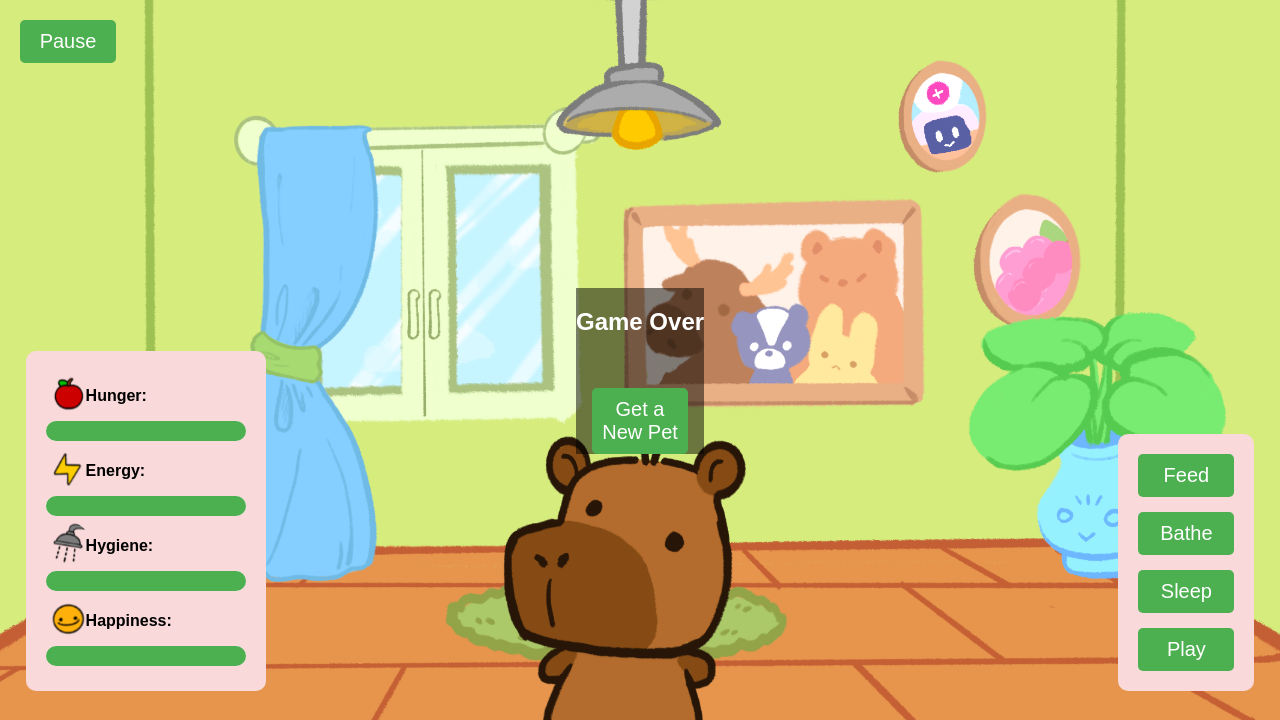
Repository: sarahjx/CapyCare
Page: html/index.html
These files come from the project's save history. The page is drawn as it stood at one moment and after a run of saves; the edit follows.
The browser window is 1280 px wide. The pictures show the whole page.
Some web fonts or font styles are not loaded; a fallback is used.

Above is the page before, as saved 2025-05-01 14:48:51.
Console error: TypeError: Cannot set properties of null (setting 'innerText')

### html/index.html
<!-- @format -->

<!DOCTYPE html>
<html lang="en">
  <head>
    <meta charset="UTF-8" />
    <meta name="viewport" content="width=device-width, initial-scale=1.0" />
    <title>Virtual Pet Game</title>
    <link rel="preconnect" href="https://fonts.googleapis.com">
    <link rel="preconnect" href="https://fonts.gstatic.com" crossorigin>
    <link href="https://fonts.googleapis.com/css2?family=McLaren&display=swap" rel="stylesheet">
    <link rel="stylesheet" href="../css/statusbar.css" />
  </head>
  <body>

    <div class="pet-container">
      <img class="pet-image" src="../images/capybara.png" alt="capybara" />
    </div>

    <div class="status-bar-container">

      <div class="status-bar">
        <div class="status-icon-container">
        <span class="hunger-icon"><img src="../images/hunger.svg" alt="hunger icon"></span>
        <span class="status-label">Hunger:</span>
        </div>
        <div class="status-progress">
          <div id="hunger-fill" class="status-fill"></div>
        </div>
        <div id="hunger-warning" class="warning"></div>
      </div>

      <div class="status-bar">
        <div class="status-icon-container">
        <span class="energy-icon"><img src="../images/energy.svg" alt="energy icon"></span>
        <span class="status-label">Energy:</span>
        </div>
        <div class="status-progress">
          <div id="energy-fill" class="status-fill"></div>
        </div>
        <div id="energy-warning" class="warning"></div>
      </div>

      <div class="status-bar">
        <div class="status-icon-container">
        <span class="hygiene-icon"><img src="../images/hygiene.svg" alt="hygiene icon"></span>
        <span class="status-label">Hygiene:</span>
        </div>
        <div class="status-progress">
          <div id="hygiene-fill" class="status-fill"></div>
        </div>
        <div id="hygiene-warning" class="warning"></div>
      </div>

      <div class="status-bar">
        <div class="status-icon-container">
        <span class="happiness-icon"><img src="../images/happiness.svg" alt="hygiene icon"></span>
        <span class="status-label">Happiness:</span>
        </div>
        <div class="status-progress">
          <div id="happiness-fill" class="status-fill"></div>
        </div>
        <div id="happiness-warning" class="warning"></div>
      </div>
    </div>

      <div class="action-buttons">
        <button onclick="feedPet(currentPet)">Feed</button>
        <button onclick="bathePet(currentPet)">Bathe</button>
        <button onclick="bedtime(currentPet)">Sleep</button>
        <button onclick="touchPet(currentPet)">Play</button>
      </div>
      <button id="pauseButton" onclick="togglePause()" class="pause-button">
        Pause
      </button>
    </div>

    <div id="gameOverScreen" class="game-over-screen">
      <div class="game-over-content">
        <h2>Game Over</h2>
        <p id="gameOverMessage"></p>
        <button onclick="resetGame()">Get a New Pet</button>
      </div>
    </div>

    <script src="../backend/status.js"></script>
  </body>
</html>

### css/statusbar.css
/** @format */

:root {
  --primary-color: #f9d9d9;
  --secondary-color: #d9e7f9;
  --tertiary-color: #fff1fb;
  --accent-color: #f7efd7;
  --text-color: #333;
  --spacing-xs: 0.5rem;
  --spacing-sm: 0.75rem;
  --spacing-md: 1rem;
  --spacing-lg: 1.5rem;
  --spacing-xl: 2rem;
  --spacing-xxl: 3rem;
  --font-family: "McLaren", sans-serif;
  --font-size-xs: 0.75rem;
  --font-size-sm: 0.875rem;
  --font-size-md: 1rem;
  --font-size-lg: 1.125rem;
  --font-size-xl: 1.25rem;
  --font-size-xxl: 1.5rem;
}

body {
  font-family: var(--font-family);
  margin: 0 auto;
  padding: 20px;
  background-image: url("../images/room.png");
  background-size: cover;
  background-repeat: no-repeat;
  background-attachment: fixed;
  background-position: center;
}

.pet-container {
  display: flex;
  flex-direction: column;
  align-items: center;
  justify-content: center;
}

.pet-image {
  transform: scale(0.3);
  position: fixed;
  margin-top: 1200px;
}

.status-bar-container {
  position: fixed;
  background-color: var(--primary-color);
  padding: 20px;
  border-radius: 10px;
  display: inline-flex;
  flex-direction: column;
  bottom: 4%;
  left: 2%;
}

.status-icon-container {
  display: flex;
  align-items: center;
  margin-bottom: 0;
}

.hunger-icon,
.energy-icon,
.happiness-icon,
.hygiene-icon {
  width: 10px;
  height: auto;
  margin-right: 30px;
}

.status-bar {
  margin: 0;
}

.status-label {
  display: inline-block;
  width: 100px;
  font-weight: bold;
  margin: 0;
}

.status-progress {
  width: 200px;
  height: 20px;
  background-color: #ffffff;
  border-radius: 10px;
  overflow: hidden;
  position: relative;
}

.status-fill {
  height: 100%;
  width: 100%;
  position: absolute;
  left: 0;
  top: 0;
  background-color: #4caf50;
  transition: width 0.3s ease;
}

.status-row {
  display: flex;
  align-items: center;
  gap: 10px;
  margin-bottom: 10px;
}

.status-icon {
  width: 24px;
  height: 24px;
}

.status-value {
  min-width: 50px;
  text-align: right;
  font-weight: bold;
  color: #333;
}

.action-buttons {
  margin-top: 20px;
  display: inline-flex;
  flex-direction: column;
  padding: 20px;
  border-radius: 10px;
  gap: 15px;
  background-color: var(--primary-color);
  position: fixed;
  right: 2%;
  bottom: 4%;
}

button {
  padding: 10px;
  border: none;
  border-radius: 5px;
  background-color: #4caf50;
  color: white;
  cursor: pointer;
  transition: background-color 0.3s;
  width: 6rem;
  font-family: var(--font-family);
  font-weight: 7pt;
  font-size: var(--font-size-xl);
}

button:hover {
  background-color: #45a049;
}

.warning {
  color: #ff9800;
  font-weight: bold;
  margin-top: 5px;
}

.critical {
  color: #f44336;
  font-weight: bold;
  margin-top: 5px;
}

.hidden {
  display: none;
}

.game-over-content {
  /* display: none; */
  position: fixed;
  display: flex;
  flex-direction: column;
  justify-content: center;
  align-items: center;
  left: 45%;
  top: 40%;
  padding: 0;
  margin: 0;
  background-color: rgba(0, 0, 0, 0.5);
  color: white;


}

### backend/status.js
/** @format */

function Personality(favFood, active, clean, clingy, foodLover, introText) {
  this.favFood = favFood;
  this.active = active;
  this.clean = clean;
  this.clingy = clingy;
  this.foodLover = foodLover;
  this.intro = introText;
}

const mix1 = new Personality(
  "Sunfruit",
  true,
  true,
  true,
  true,
  "This pet is energetic and playful, always ready to explore or play. They love the taste of Sunfruit and will happily eat it when offered, but they'll need constant attention, so expect lots of petting and cuddling. Despite their active nature, they stay clean and are easy to bathe. This pet loves affection and will return it in kind!"
);
const mix2 = new Personality(
  "Snakberry",
  true,
  true,
  false,
  true,
  "This pet is full of energy and loves to make the most of their days. They are particularly fond of Snakberries, which they will devour happily, but they tend to get hungry more often due to their high energy levels. Despite their active nature, they keep themselves clean and are easy to bathe. They're not overly clingy, so while they'll happily spend time with you, they won't be demanding affection constantly."
);
const mix3 = new Personality(
  "Dreamleaf",
  false,
  false,
  true,
  false,
  "This pet is laid-back and enjoys spending time with you, always seeking your company. They love Dreamleaf as a treat, but they're not particularly food-driven and don't get hungry as often. While they may get a little dirty from time to time, they tend to move around when you try to bathe them. Expect them to seek out your attention frequently, and be ready to shower them with love when they come to you for pets."
);

const personalities = [mix1, mix2, mix3];

// Global variables
let currentPet = null;
let hunger = 100;
let energy = 100;
let hygiene = 100;
let happiness = 100;
let isGameOver = false;
let isPaused = false;

// Store interval IDs globally
let hungerInterval = null;
let energyInterval = null;
let hygieneInterval = null;
let happinessInterval = null;

// Initialize the game
function initializeGame() {
  currentPet = getRandomPersonality();
  hunger = 100;
  energy = 100;
  hygiene = 100;
  happiness = 100;
  updateStatusBars();
  updateIntervals();
}

function getRandomPersonality() {
  const randomIndex = Math.floor(Math.random() * personalities.length);
  currentPet = personalities[randomIndex];
  console.log("New pet initialized:", currentPet.intro);
  return currentPet;
}

// Personality-based status decrease functions
function decreaseHunger() {
  if (!currentPet || isGameOver) return;
  const decreaseAmount = currentPet.foodLover ? 15 : 10;
  hunger = Math.max(0, hunger - decreaseAmount);
  updateStatusBars();
  if (hunger === 0 && checkGameOver()) return;
}

function decreaseEnergy() {
  if (!currentPet || isGameOver) return;
  const decreaseAmount = currentPet.active ? 15 : 10;
  energy = Math.max(0, energy - decreaseAmount);
  updateStatusBars();
  if (energy === 0 && checkGameOver()) return;
}

function decreaseHygiene() {
  if (!currentPet || isGameOver) return;
  const decreaseAmount = currentPet.clean ? 8 : 12;
  hygiene = Math.max(0, hygiene - decreaseAmount);
  updateStatusBars();
  if (hygiene === 0 && checkGameOver()) return;
}

function decreaseHappiness() {
  if (!currentPet || isGameOver) return;
  const decreaseAmount = currentPet.clingy ? 15 : 10;
  happiness = Math.max(0, happiness - decreaseAmount);
  updateStatusBars();
  if (happiness === 0 && checkGameOver()) return;
}

// Update intervals with personality-based timing
function updateIntervals() {
  // Clear any existing intervals
  if (hungerInterval) clearInterval(hungerInterval);
  if (energyInterval) clearInterval(energyInterval);
  if (hygieneInterval) clearInterval(hygieneInterval);
  if (happinessInterval) clearInterval(happinessInterval);

  // Set new intervals based on personality
  hungerInterval = setInterval(
    () => {
      decreaseHunger();
      warning();
    },
    currentPet.foodLover ? 6000 : 8000
  );

  energyInterval = setInterval(
    () => {
      decreaseEnergy();
      warning();
    },
    currentPet.active ? 8000 : 12000
  );

  hygieneInterval = setInterval(
    () => {
      decreaseHygiene();
      warning();
    },
    currentPet.clean ? 18000 : 15000
  );

  happinessInterval = setInterval(
    () => {
      decreaseHappiness();
      warning();
    },
    currentPet.clingy ? 8000 : 10000
  );

  console.log("Intervals updated for pet:", currentPet.intro);
}

// Pause game function
function pauseGame() {
  if (hungerInterval) clearInterval(hungerInterval);
  if (energyInterval) clearInterval(energyInterval);
  if (hygieneInterval) clearInterval(hygieneInterval);
  if (happinessInterval) clearInterval(happinessInterval);
  console.log("Game paused");
}

// Resume game function
function resumeGame() {
  updateIntervals();
  console.log("Game resumed");
}

function touchPet(personality) {
  if (personality.clingy) {
    gainStatus("happiness");
    console.log("Your pet loves the attention!");
  } else {
    loseStatus("happiness");
    console.log("Your pet prefers their space.");
  }
}

function feedPet(personality) {
  gainStatus("hunger"); // Always increase hunger
  if (personality.foodLover) {
    gainStatus("happiness");
    console.log("Your pet loves the food!");
  } else {
    loseStatus("happiness");
    console.log("Your pet isn't very interested in food.");
  }
}

function bathePet(personality) {
  gainStatus("hygiene"); // Always increase hygiene
  if (personality.clean) {
    gainStatus("happiness");
    console.log("Your pet enjoys being clean!");
  } else {
    loseStatus("happiness");
    console.log("Your pet doesn't like baths.");
  }
}

function bedtime(personality) {
  const petImage = document.querySelector(".pet-image");
  if (petImage) {
    // Store the current image to return to
    const currentImage = petImage.src;

    // Show sleeping animation
    petImage.src = "../images/Sleep.PNG";

    // After 3 seconds, restore the previous state
    setTimeout(() => {
      updatePetImage();
    }, 3000);
  }

  gainStatus("energy"); // Always increase energy
  if (personality.active) {
    loseStatus("happiness");
    console.log("Your pet is too energetic to sleep!");
  } else {
    gainStatus("happiness");
    console.log("Your pet enjoys resting.");
  }
}

function gainStatus(category) {
  switch (category) {
    case "hunger":
      if (hunger >= 100) {
        console.log("Hunger is full!");
      } else if (hunger < 100) {
        hunger += 10;
        console.log("Hunger: " + hunger);
      }
      break;
    case "energy":
      if (energy >= 100) {
        console.log("Energy is full!");
      } else if (energy < 100) {
        energy += 10;
        console.log("Energy: " + energy);
      }
      break;
    case "hygiene":
      if (hygiene >= 100) {
        console.log("Hygiene is full!");
      } else if (hygiene < 100) {
        hygiene += 10;
        console.log("Hygiene: " + hygiene);
      }
      break;
    case "happiness":
      if (happiness >= 100) {
        console.log("Happiness is full!");
      } else if (happiness < 100) {
        happiness += 10;
        console.log("Happiness: " + happiness);
      }
      break;
    default:
      console.log("Invalid category");
  }
}

function loseStatus(category) {
  switch (category) {
    case "hunger":
      if (hunger <= 0) {
        console.log("Hunger is empty!");
        hunger = 0;
      } else if (hunger > 0) {
        hunger -= 10;
        console.log("Hunger: " + hunger);
      }
      break;
    case "energy":
      if (energy <= 0) {
        console.log("Energy is empty!");
        energy = 0;
      } else if (energy > 0) {
        energy -= 10;
        console.log("Energy: " + energy);
      }
      break;
    case "hygiene":
      if (hygiene <= 0) {
        console.log("Hygiene is empty!");
        hygiene = 0;
      } else if (hygiene > 0) {
        hygiene -= 10;
        console.log("Hygiene: " + hygiene);
      }
      break;
    case "happiness":
      if (happiness <= 0) {
        console.log("Happiness is empty!");
        happiness = 0;
      } else if (happiness > 0) {
        happiness -= 3;
        console.log("Happiness: " + happiness);
      }
      break;
    default:
      console.log("Invalid category");
  }
}

function warning() {
  // Hunger warnings
  if (hunger <= 50 && hunger > 20) {
    document.getElementById("hunger-warning").textContent =
      "Your pet is getting hungry!";
    document.getElementById("hunger-warning").className = "warning";
  } else if (hunger <= 20 && hunger > 0) {
    document.getElementById("hunger-warning").textContent =
      "Your pet is starving!";
    document.getElementById("hunger-warning").className = "critical";
  } else {
    document.getElementById("hunger-warning").textContent = "";
  }

  // Energy warnings
  if (energy <= 50 && energy > 20) {
    document.getElementById("energy-warning").textContent =
      "Your pet is getting tired!";
    document.getElementById("energy-warning").className = "warning";
  } else if (energy <= 20 && energy > 0) {
    document.getElementById("energy-warning").textContent =
      "Your pet is exhausted!";
    document.getElementById("energy-warning").className = "critical";
  } else {
    document.getElementById("energy-warning").textContent = "";
  }

  // Hygiene warnings
  if (hygiene <= 50 && hygiene > 20) {
    document.getElementById("hygiene-warning").textContent =
      "Your pet needs a bath!";
    document.getElementById("hygiene-warning").className = "warning";
  } else if (hygiene <= 20 && hygiene > 0) {
    document.getElementById("hygiene-warning").textContent =
      "Your pet is filthy!";
    document.getElementById("hygiene-warning").className = "critical";
  } else {
    document.getElementById("hygiene-warning").textContent = "";
  }

  // Happiness warnings
  if (happiness <= 50 && happiness > 20) {
    document.getElementById("happiness-warning").textContent =
      "Your pet is getting sad!";
    document.getElementById("happiness-warning").className = "warning";
  } else if (happiness <= 20 && happiness > 0) {
    document.getElementById("happiness-warning").textContent =
      "Your pet is depressed!";
    document.getElementById("happiness-warning").className = "critical";
  } else {
    document.getElementById("happiness-warning").textContent = "";
  }
}

function checkGameOver() {
  if (hunger <= 0 || energy <= 0 || hygiene <= 0 || happiness <= 0) {
    isGameOver = true;
    pauseGame();
    showGameOver();
    return true;
  }
  return false;
}

function showGameOver() {
  let reason = "";
  if (hunger <= 0) reason = "Your pet starved to death!";
  else if (energy <= 0) reason = "Your pet died from exhaustion!";
  else if (hygiene <= 0) reason = "Your pet died from poor hygiene!";
  else if (happiness <= 0) reason = "Your pet died from sadness!";

  console.log("GAME OVER: " + reason);
  document.getElementById("gameOverMessage").textContent = reason;
  document.getElementById("gameOverScreen").style.display = "flex";
}

function resetGame() {
  isGameOver = false;
  hunger = 100;
  energy = 100;
  hygiene = 100;
  happiness = 100;
  document.getElementById("gameOverScreen").style.display = "none";
  currentPet = getRandomPersonality();
  updateStatusBars();
  updateIntervals();
}

function togglePause() {
  isPaused = !isPaused;
  const pauseButton = document.getElementById("pauseButton");
  const buttons = document.querySelectorAll(
    ".buttons button:not(#pauseButton)"
  );

  if (isPaused) {
    pauseButton.textContent = "Resume";
    pauseButton.classList.add("paused");
    buttons.forEach((button) => (button.disabled = true));
    pauseGame();
  } else {
    pauseButton.textContent = "Pause";
    pauseButton.classList.remove("paused");
    buttons.forEach((button) => (button.disabled = false));
    resumeGame();
  }
}

// Update status bars
function updateStatusBars() {
  // Update the width of each status bar
  document.getElementById("hunger-fill").style.width = hunger + "%";
  document.getElementById("energy-fill").style.width = energy + "%";
  document.getElementById("happiness-fill").style.width = happiness + "%";
  document.getElementById("hygiene-fill").style.width = hygiene + "%";

  // Update pet image based on status
  updatePetImage();
}

// Override console.log to update UI
const originalConsoleLog = console.log;
console.log = function () {
  originalConsoleLog.apply(console, arguments);
  updateStatusBars();
};

// Simple toggle function
function toggleActions() {
  document.getElementById("action-buttons-column").classList.toggle("hidden");
  document.getElementById("toggle-button").classList.toggle("hidden");
}

// Initialize the game when the page loads
window.addEventListener("load", function () {
  initializeGame();
  // Update status bars every second
  setInterval(updateStatusBars, 1000);
});

// stopwatch

let [hours, minutes, seconds] = [0, 0, 0];
let timer = null;

function updateDisplay() {
  document.getElementById("display").innerText =
    `${String(hours).padStart(2, "0")}:` +
    `${String(minutes).padStart(2, "0")}:` +
    `${String(seconds).padStart(2, "0")}`;
}

function stopwatch() {
  seconds++;
  if (seconds === 60) {
    seconds = 0;
    minutes++;
    if (minutes === 60) {
      minutes = 0;
      hours++;
    }
  }
  updateDisplay();
}

function start() {
  if (timer !== null) return;
  timer = setInterval(stopwatch, 1000);
}

function stop() {
  clearInterval(timer);
  timer = null;
}

function reset() {
  stop();
  [hours, minutes, seconds] = [0, 0, 0];
  updateDisplay();
}

updateDisplay();

function updatePetImage() {
  const petImage = document.querySelector(".pet-image");
  if (!petImage) return;

  // Check if any status is 0 (dead)
  if (hunger <= 0 || energy <= 0 || hygiene <= 0 || happiness <= 0) {
    petImage.src = "../images/Fuckingdead.PNG";
    return;
  }

  // Check for multiple states
  if (hunger <= 60 && hygiene <= 60 && energy <= 60) {
    petImage.src = "../images/Dirty:Hungry:Tired.PNG";
  } else if (hunger <= 60 && hygiene <= 60) {
    petImage.src = "../images/Dirty:hungry.PNG";
  } else if (hunger <= 60 && energy <= 60) {
    petImage.src = "../images/Hungry:Tired.PNG";
  } else if (hygiene <= 60 && energy <= 60) {
    petImage.src = "../images/Dirty:Tired.PNG";
  } else if (energy <= 60) {
    petImage.src = "../images/Sleepy.PNG";
  } else if (hunger <= 60) {
    petImage.src = "../images/Hungry.PNG";
  } else if (hygiene <= 60) {
    petImage.src = "../images/Dirty.PNG";
  } else {
    petImage.src = "../images/Idle.PNG";
  }
}

After the next 3 saves:
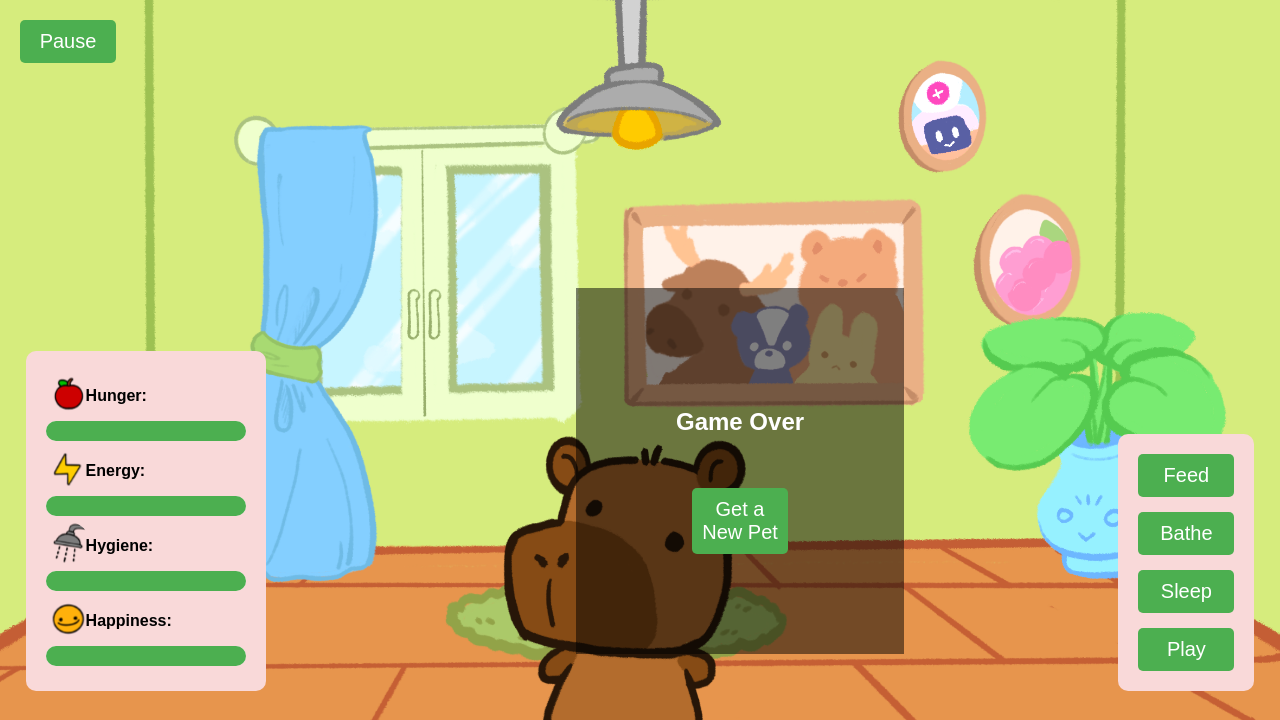
The 3 saves are shown as one change because they came seconds apart.
The last was saved 8 s later.
--- a/css/statusbar.css
+++ b/css/statusbar.css
@@ -176,10 +176,9 @@ button:hover {
   align-items: center;
   left: 45%;
   top: 40%;
-  padding: 0;
+  padding: 100px;
   margin: 0;
   background-color: rgba(0, 0, 0, 0.5);
   color: white;
 
-
 }
